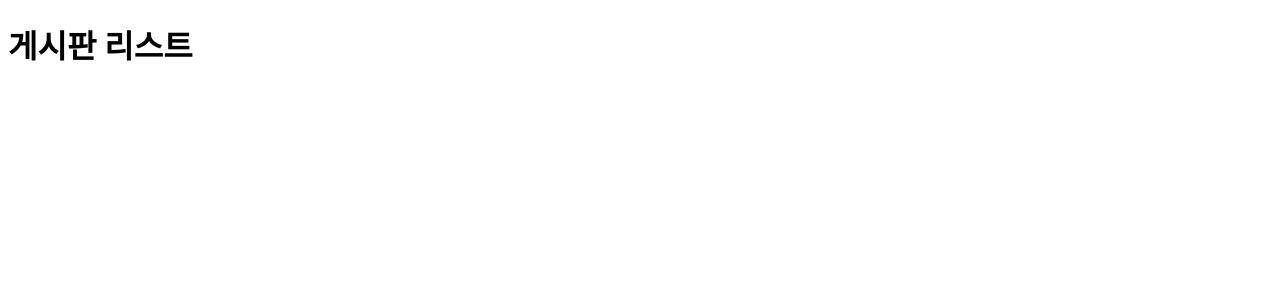
Repository: seokku/java2
Page: http://localhost/ch01_init_object/board/list.jsp
An editor plug-in stored every save of this project. The page is shown before and after the next save, followed by the edit.
The browser window is 1280 px wide. The pictures show the whole page.
The page is served by Tomcat 9. Other server files are loaded and not shown.

Above is the page before, as saved 2021-02-17 05:31:29.

### workspace/jsp/ch01_init_object/WebContent/board/list.jsp
<%@ page language="java" contentType="text/html; charset=UTF-8"
    pageEncoding="UTF-8"%>

<%
// ----------- 데이터 처리


%>

<!-- 데이터 표시     -->
<!DOCTYPE html>
<html>
<head>
<meta charset="UTF-8">
<title>게시판 리스트</title>
</head>
<body>
<h1>게시판 리스트</h1>
</body>
</html>

After the next save:
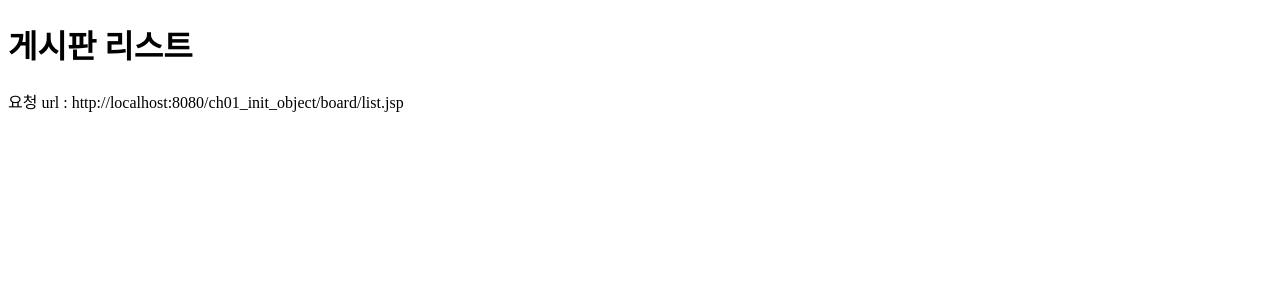
Saved 4 min 40 s later.
--- a/workspace/jsp/ch01_init_object/WebContent/board/list.jsp
+++ b/workspace/jsp/ch01_init_object/WebContent/board/list.jsp
@@ -1,9 +1,13 @@
+<%@page import="com.webjjang.main.controller.Beans"%>
 <%@ page language="java" contentType="text/html; charset=UTF-8"
     pageEncoding="UTF-8"%>
 
 <%
 // ----------- 데이터 처리
+// 요청한  url 가져오기
+String url = request.getRequestURL().toString();
 
+// List list = Beans.get(url);
 
 %>
 
@@ -16,5 +20,6 @@
 </head>
 <body>
 <h1>게시판 리스트</h1>
+요청 url : <%= url %>
 </body>
 </html>
